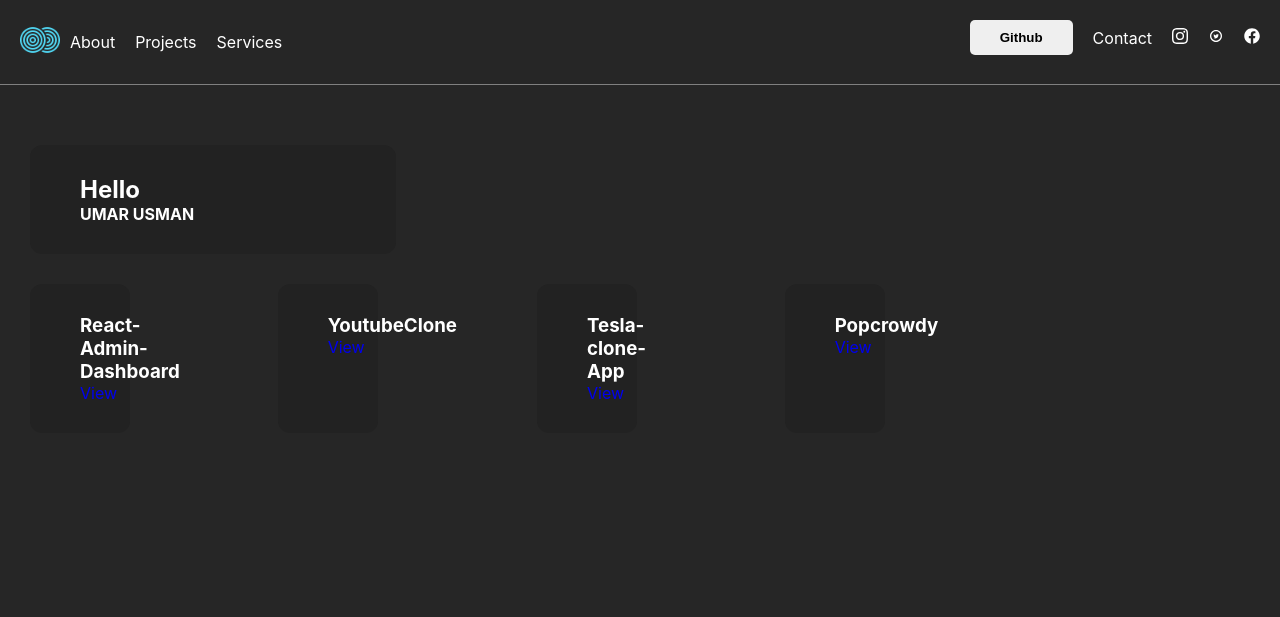
Repository: uh-sman/Portfolio
Page: /
These files come from the project's save history. The page is drawn as it stood at one moment and after the next save; the edit follows.
The browser window is 1280 px wide. The pictures show the whole page.
The project was rebuilt for these pictures with package versions that can differ from the ones it lists, and the page was loaded fresh each time. Also part of the build but not shown: src/components/Projects.jsx, src/components/Services.jsx.

Above is the page before, as saved 2022-11-18 22:09:46.

After the next save:
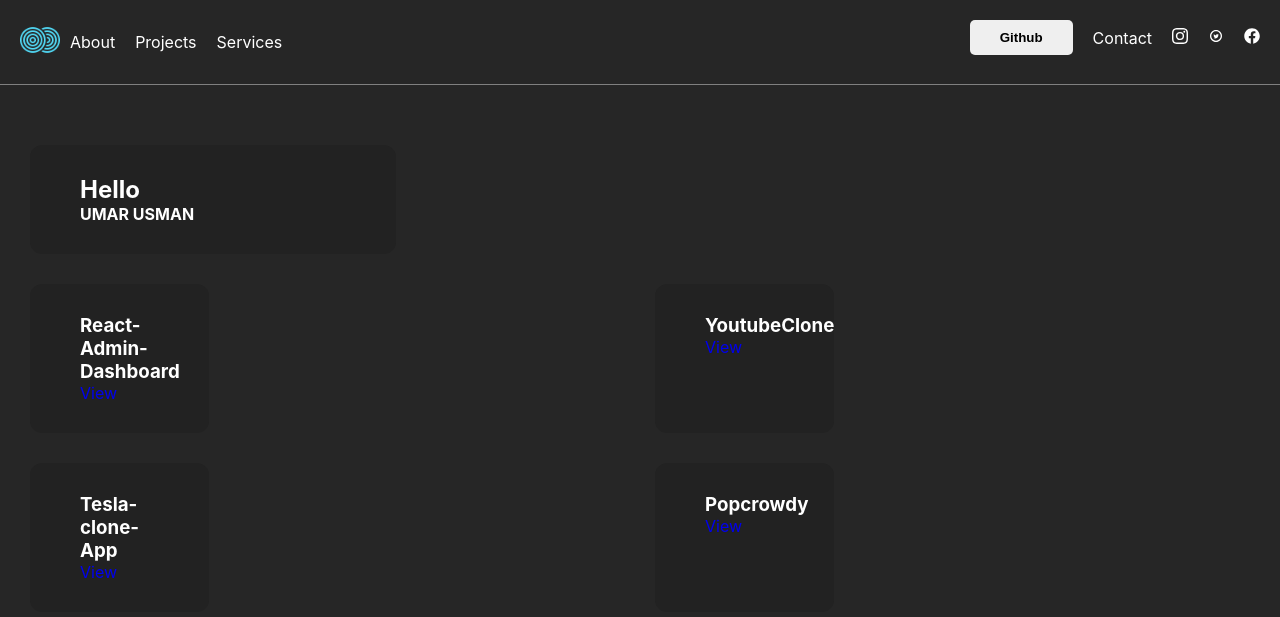
Saved 30 s later.
--- a/src/components/repositories.css
+++ b/src/components/repositories.css
@@ -8,7 +8,7 @@
 }
 .card-container {
   display: grid;
-  grid-template-columns: 1fr 1fr 1fr 1fr 1fr;
+  grid-template-columns: 1fr 1fr;
   gap: 30px;
   /* display: flex; */
   margin: 30px 0px;
